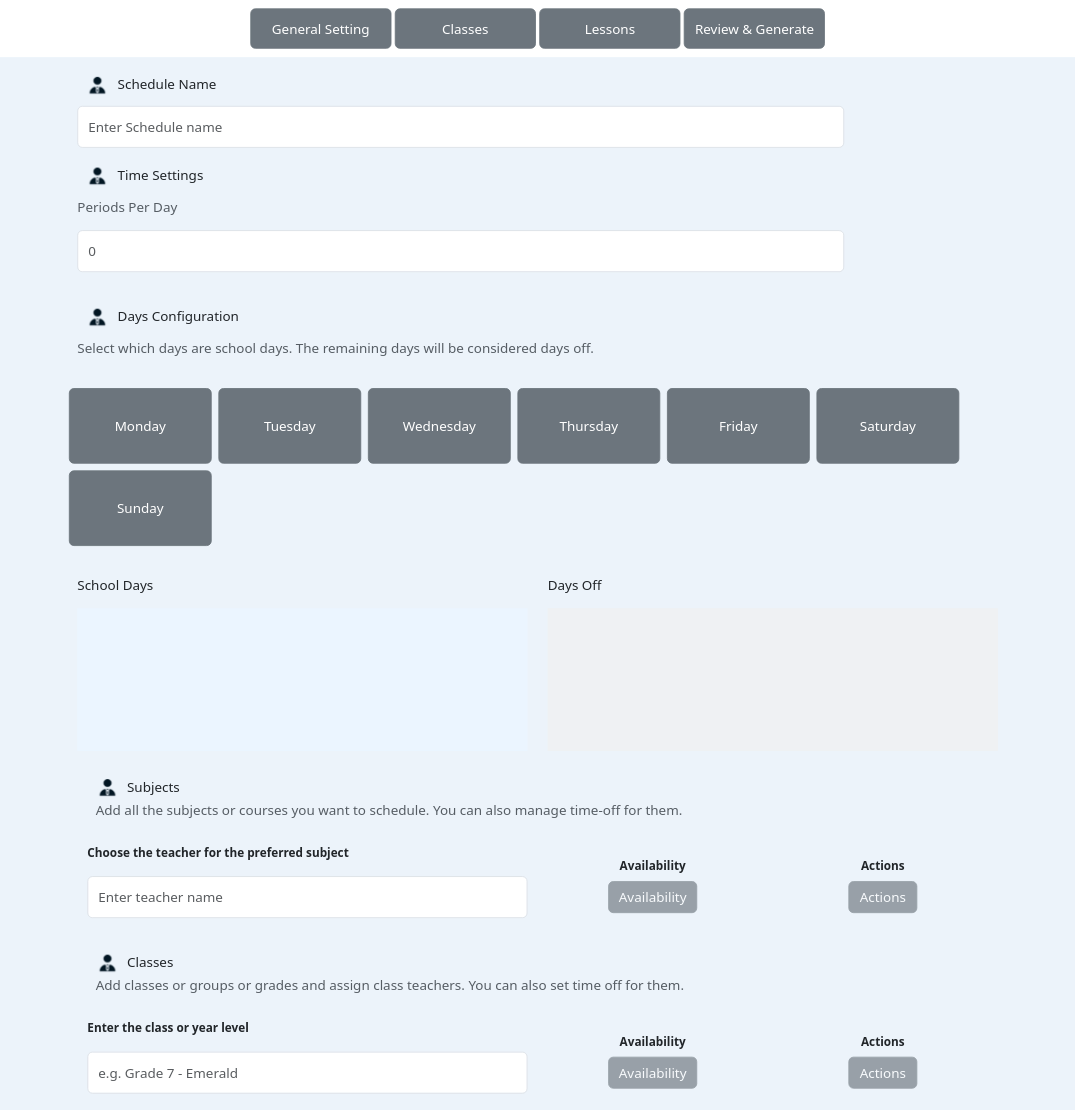
Repository: kentdrlo/prototype
Page: generate.html
The author's editor kept a copy of each file at every save. The page is drawn from the files as they stood at one save, then again after the next save.
The browser window is 1280 px wide. The pictures show the whole page, at 84% of full size.

Above is the page before, as saved 2025-05-29 09:37:59.
Console error: SyntaxError: Unexpected token '.'

After the next save:
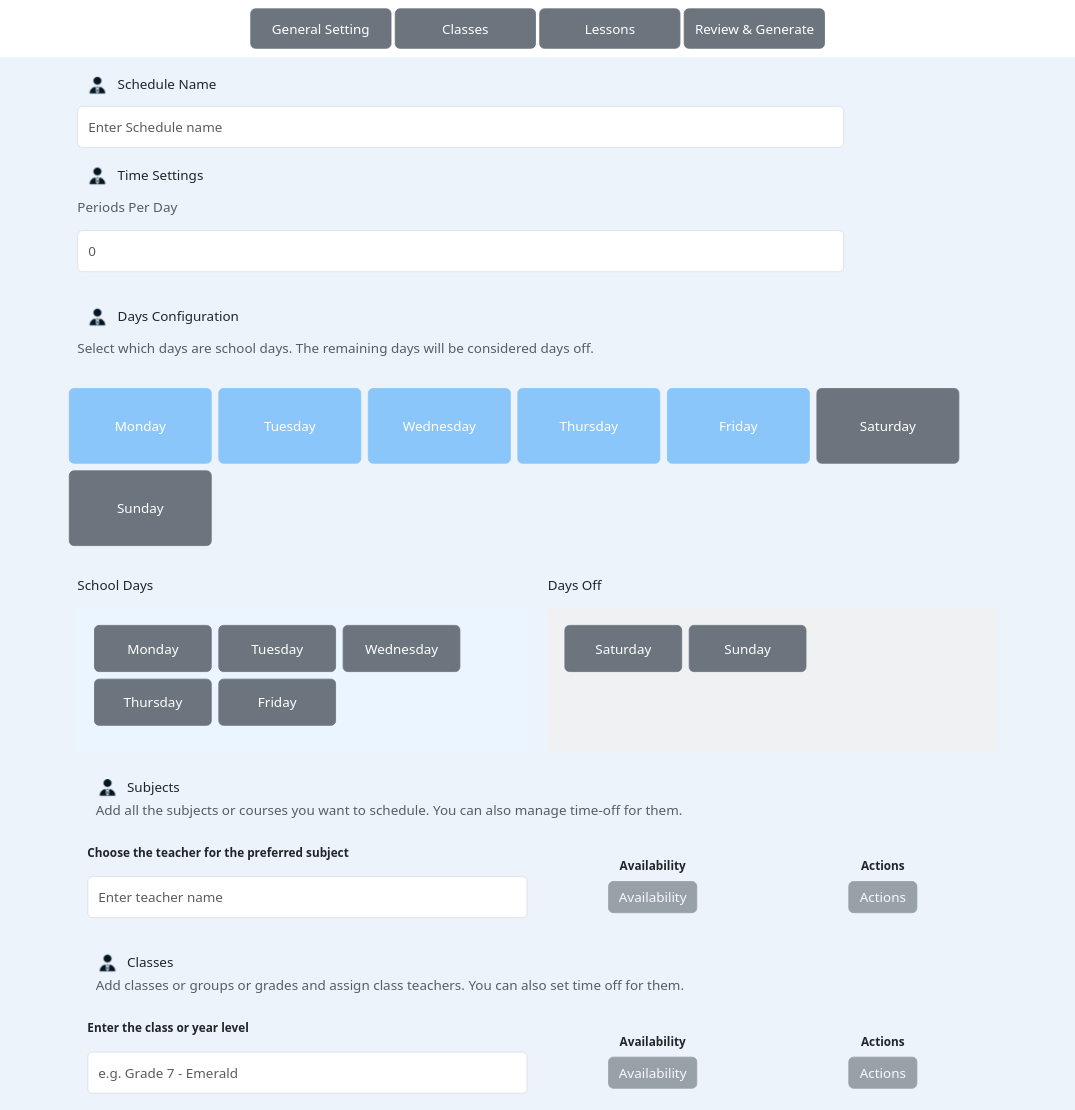
The error is gone.
Saved 69 s later.
--- a/generate.html
+++ b/generate.html
@@ -329,7 +329,7 @@
         // Initial selection: Monday to Friday
         ["Monday", "Tuesday", "Wednesday", "Thursday", "Friday"].forEach(day => {
             selectedDays.add(day);
-            const btn = document.querySelector(.day-btn[data-day="${day}"]);
+            const btn = document.querySelector(`.day-btn[data-day="${day}"]`);
             if (btn) {
                 btn.classList.add('btn-selected');
             }
